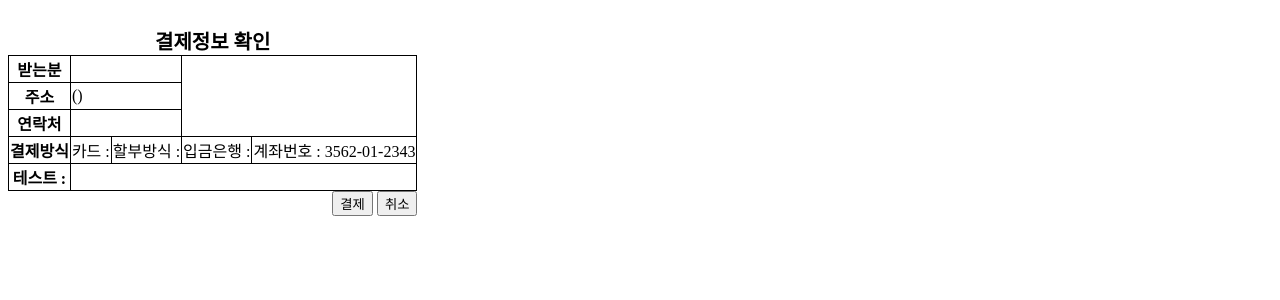
Repository: fellownew/project_workspace
Page: http://localhost/shoppingmall/WEB-INF/view/body/buyer/note.jsp
The author's editor kept a copy of each file at every save. The page is drawn from the files as they stood at one save, then again after the next save.
The browser window is 1280 px wide. The pictures show the whole page.
The page is served by Tomcat 9. Nobody is signed in. The template is opened directly, without the code that normally fills it, so the values that code supplies are empty.

Above is the page before, as saved 2015-06-13 06:29:12.

After the next save:
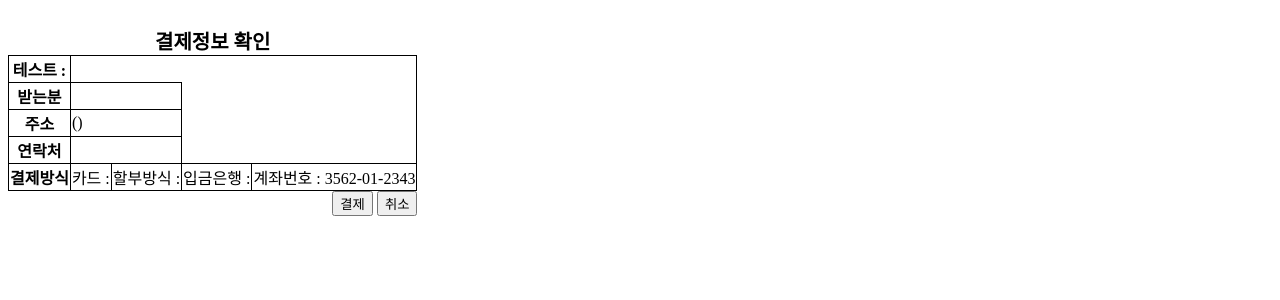
Saved 29 s later.
--- a/shoppingmall/WebContent/WEB-INF/view/body/buyer/note.jsp
+++ b/shoppingmall/WebContent/WEB-INF/view/body/buyer/note.jsp
@@ -44,6 +44,9 @@ table, td, th {
  --%>
 		<caption style="text-align:center; font-weight:bold; font-size:20px" >결제정보 확인</caption>
 		<thead>
+			<tr>
+				<th>테스트 : ${param.postcode }</th>
+			</tr>
 			<tr><br>
 				<th>받는분</th>
 				<td style="text-align: left" colspan="2">${requestScope.list[0].recipient.name}</td>
@@ -68,9 +71,7 @@ table, td, th {
 					<td>계좌번호 : 3562-01-2343</td>
 				</c:if>
 			</tr>
-			<tr>
-				<th>테스트 : ${param.postcode }</th>
-			</tr>
+
 		<caption style="text-align: right" align="bottom">
 			<button id="test">결제</button>
 			<button onclick="window.close()">취소</button>
